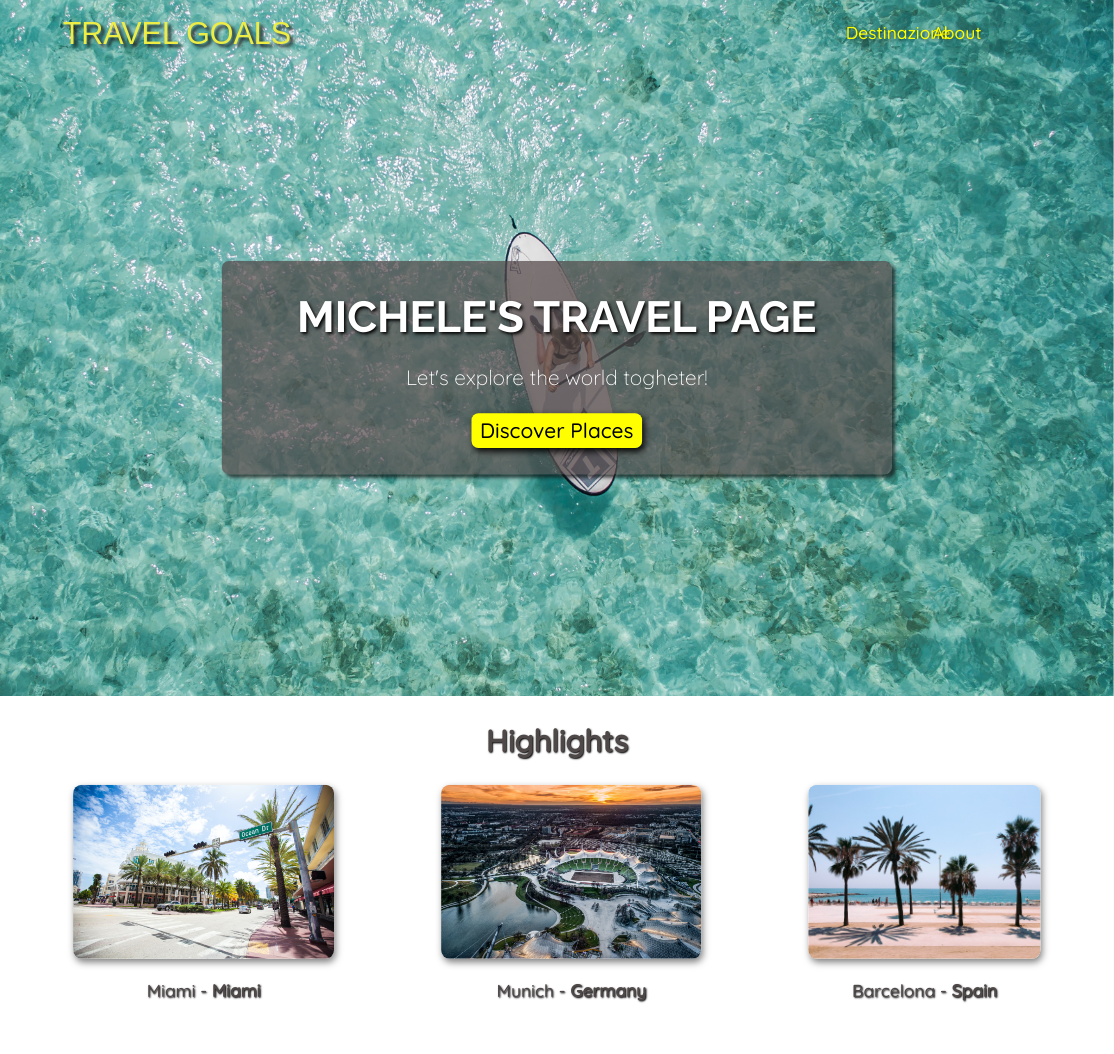
Repository: MicTomm/Travel-Goals
Page: index.html
The author's editor kept a copy of each file at every save. The page is drawn from the files as they stood at one save, then again after the next save.
The browser window is 1280 px wide. The pictures show the whole page, at 87% of full size.
Some web fonts or font styles are not loaded; a fallback is used.

Above is the page before, as saved 2023-06-05 16:47:52.

After the next save:
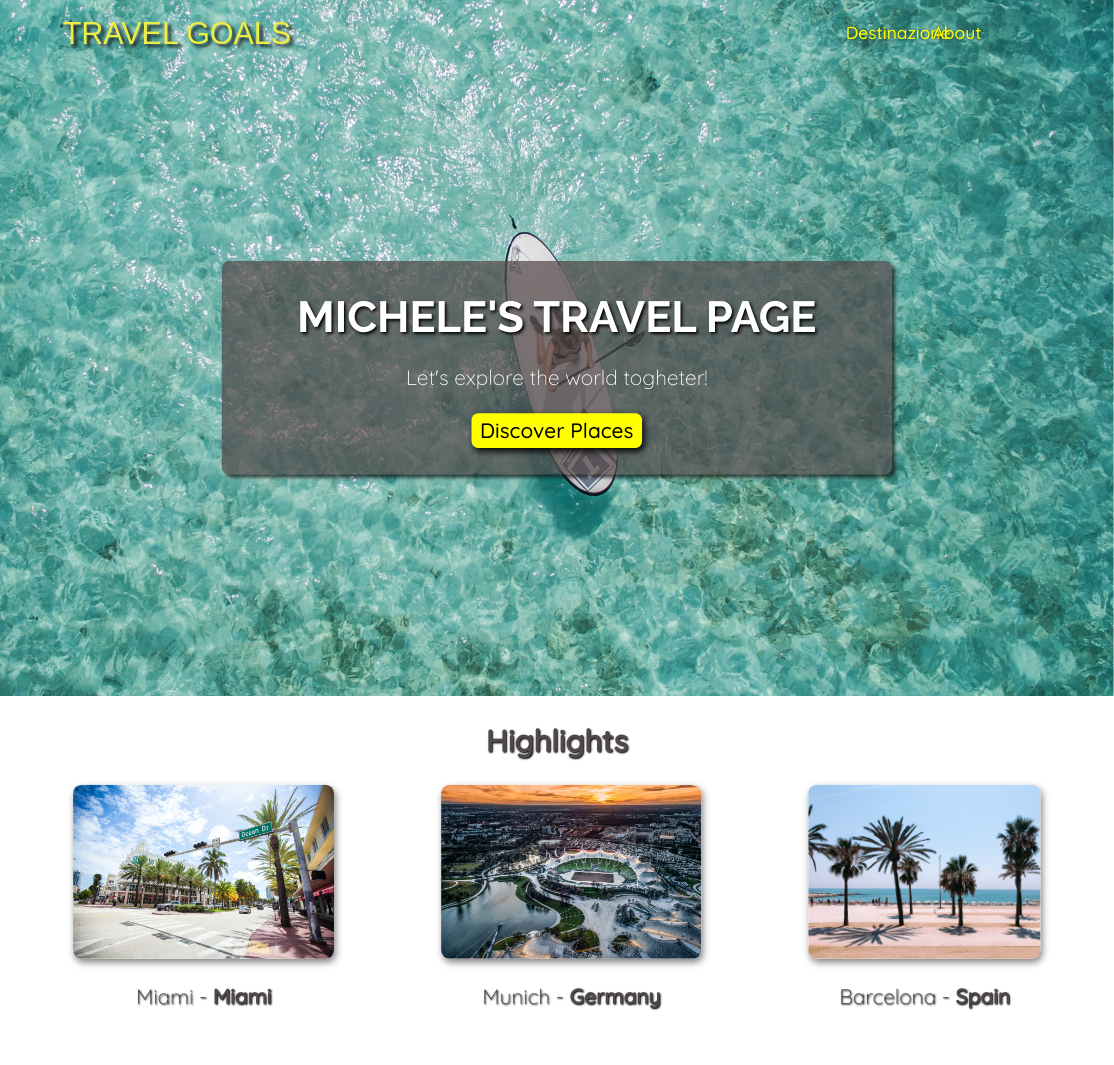
Saved 2 min 14 s later.
--- a/styles/main-page-style.css
+++ b/styles/main-page-style.css
@@ -125,5 +125,6 @@ header a:hover{
 #highlights p{
     color: rgb(79, 72, 72);
     text-shadow: 1px 1px 2px black;
-    font-size: 20px;
+    font-size: 24px;
+    font-weight: 300;
 }
